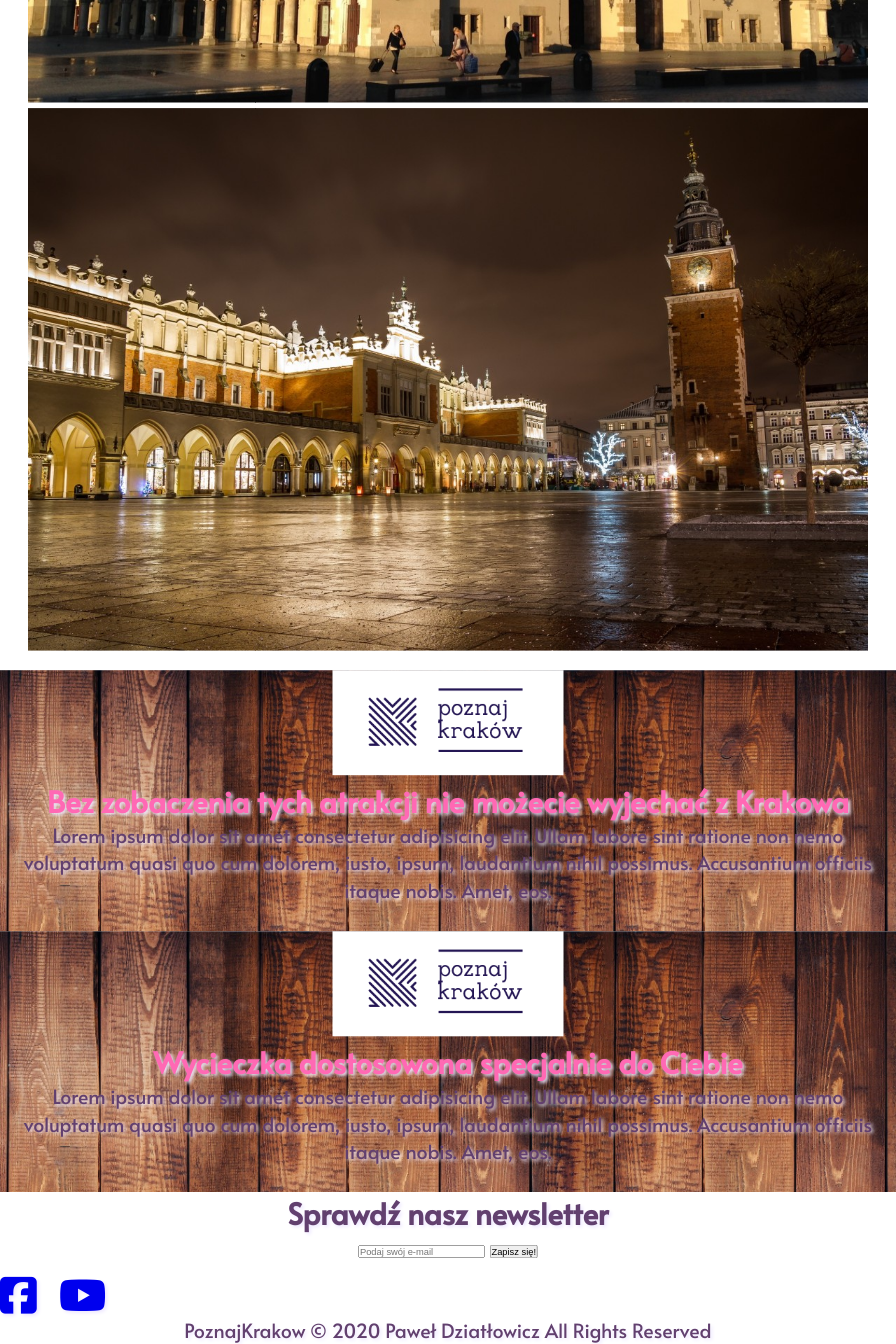
Repository: DZIALEK/projekt1
Page: projekt1.html
An editor plug-in stored every save of this project. The page is shown before and after the next save, followed by the edit.
The browser window is 1280 px wide. The pictures show the part of the page from y = 2828 to 4748 px (the page is 4748 px tall), at 70% of full size.
Some icons come from a web library that is not loaded, so they are not drawn. A picture or video elsewhere on the page could not be fetched, so the positions and the page height are approximate. Some web libraries are served in a nearby version.

Above is the page before, as saved 2020-07-15 00:46:58.

After the next save:
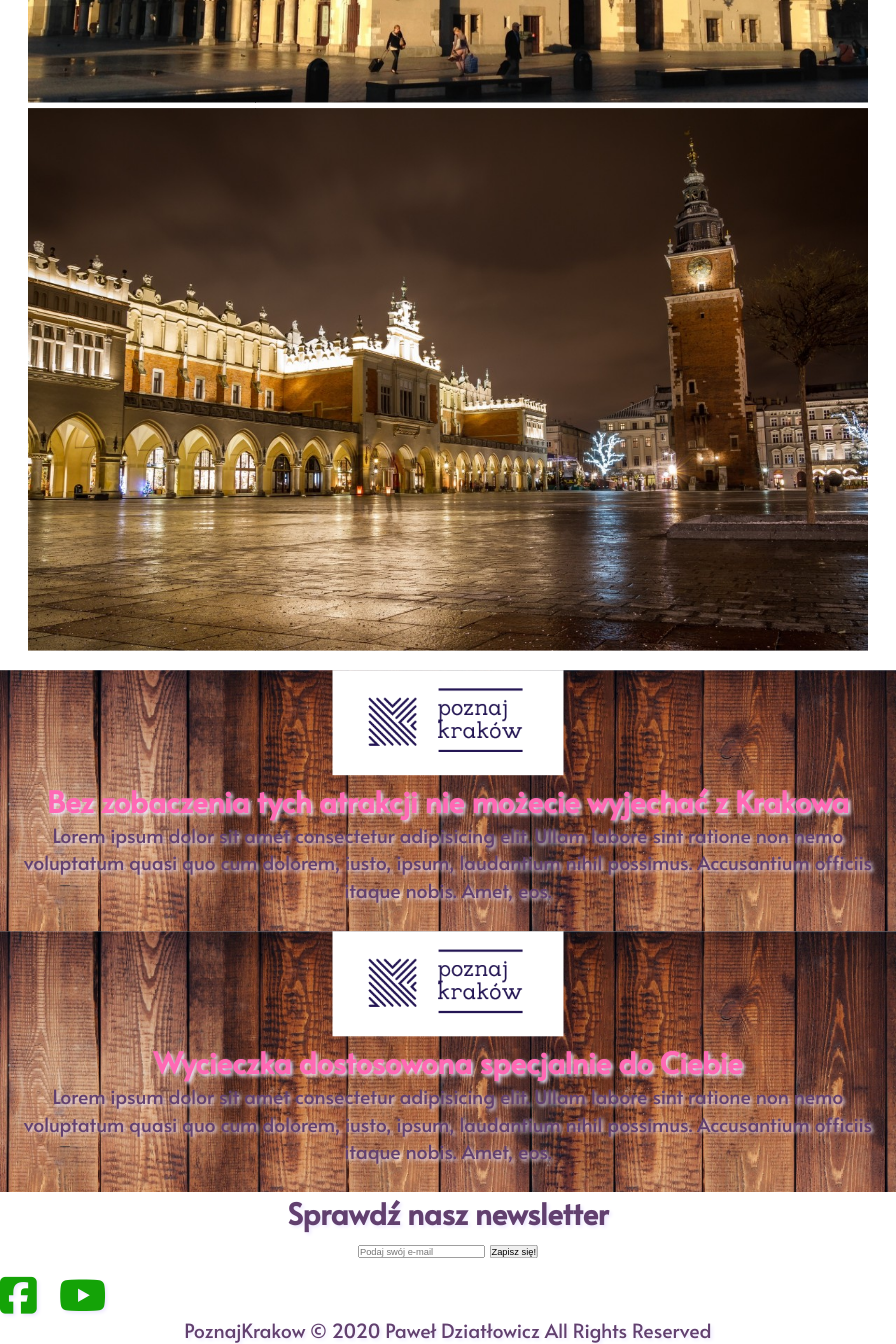
Saved 6 s later.
--- a/projekt1.css
+++ b/projekt1.css
@@ -171,7 +171,7 @@ nav a:hover {
 }
 
 .social-media i {
-    color: rgb(20, 163, 7)7);
+    color: rgb(20, 163, 7);
     text-align: center;
     margin-top: 20px;
     font-size: 60px;
